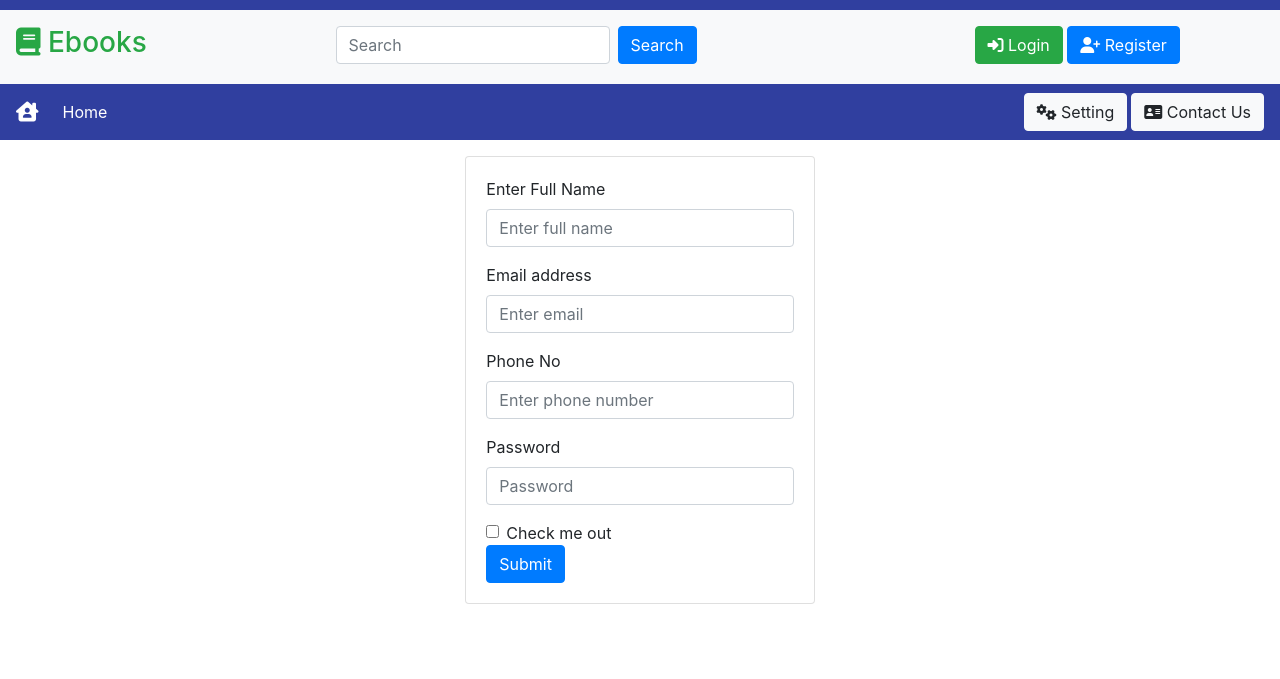
Repository: chittaranjan24/E-Books_Management_System
Page: http://localhost/Ebook-App/admin/add-books.jsp
The author's editor kept a copy of each file at every save. The page is drawn from the files as they stood at one save, then again after the next save.
The browser window is 1280 px wide. The pictures show the whole page.
Some web libraries are served in a nearby version. The page is served by Tomcat 9. Other server files are loaded and not shown.

Above is the page before, as saved 2023-08-26 18:27:17.

### Ebook-App/src/main/webapp/admin/add-books.jsp
<%@ page language="java" contentType="text/html; charset=ISO-8859-1"
	pageEncoding="ISO-8859-1"%>
<!DOCTYPE html>
<html>
<head>
<meta charset="ISO-8859-1">
<title>Admin: Add Books</title>
<%@include file="allCss.jsp"%>
</head>
<body>
	<%@include file="navbar.jsp"%>

	<div class="container p-3">
		<div class="row">
			<div class="col-md-4  offset-md-4">
				<div class="card">
					<div class="card-body">

						<form action="register" method="post">

							<div class="form-group">
								<label for="exampleInputEmail1">Enter Full Name</label> <input
									type="text" class="form-control" id="exampleInputEmail1"
									aria-describedby="emailHelp" placeholder="Enter full name"
									required="required" name="fname">
							</div>

							<div class="form-group">
								<label for="exampleInputEmail1">Email address</label> <input
									type="email" class="form-control" id="exampleInputEmail1"
									aria-describedby="emailHelp" placeholder="Enter email"
									required="required" name="email">
							</div>

							<div class="form-group">
								<label for="exampleInputEmail1">Phone No</label> <input
									type="number" class="form-control" id="exampleInputEmail1"
									aria-describedby="emailHelp" placeholder="Enter phone number"
									required="required" name="phno">
							</div>

							<div class="form-group">
								<label for="exampleInputPassword1">Password</label> <input
									type="password" class="form-control" id="exampleInputPassword1"
									placeholder="Password" required="required" name="password">
							</div>
							<div class="form-check">
								<input type="checkbox" class="form-check-input" name="check"
									id="exampleCheck1"> <label class="form-check-label"
									for="exampleCheck1">Check me out</label>
							</div>
							<button type="submit" class="btn btn-primary">Submit</button>
						</form>

					</div>
				</div>
			</div>
		</div>
	</div>

</body>
</html>

### Ebook-App/src/main/webapp/admin/allCss.jsp
<link rel="stylesheet"
	href="https://cdn.jsdelivr.net/npm/bootstrap@4.0.0/dist/css/bootstrap.min.css"
	integrity="sha384-Gn5384xqQ1aoWXA+058RXPxPg6fy4IWvTNh0E263XmFcJlSAwiGgFAW/dAiS6JXm"
	crossorigin="anonymous">


<script src="https://code.jquery.com/jquery-3.2.1.slim.min.js"
	integrity="sha384-KJ3o2DKtIkvYIK3UENzmM7KCkRr/rE9/Qpg6aAZGJwFDMVNA/GpGFF93hXpG5KkN"
	crossorigin="anonymous"></script>
<script
	src="https://cdn.jsdelivr.net/npm/popper.js@1.12.9/dist/umd/popper.min.js"
	integrity="sha384-ApNbgh9B+Y1QKtv3Rn7W3mgPxhU9K/ScQsAP7hUibX39j7fakFPskvXusvfa0b4Q"
	crossorigin="anonymous"></script>
<script
	src="https://cdn.jsdelivr.net/npm/bootstrap@4.0.0/dist/js/bootstrap.min.js"
	integrity="sha384-JZR6Spejh4U02d8jOt6vLEHfe/JQGiRRSQQxSfFWpi1MquVdAyjUar5+76PVCmYl"
	crossorigin="anonymous"></script>


<link rel="stylesheet"
	href="https://cdnjs.cloudflare.com/ajax/libs/font-awesome/6.4.2/css/all.min.css"
	integrity="sha512-z3gLpd7yknf1YoNbCzqRKc4qyor8gaKU1qmn+CShxbuBusANI9QpRohGBreCFkKxLhei6S9CQXFEbbKuqLg0DA=="
	crossorigin="anonymous" referrerpolicy="no-referrer" />


<link rel="stylesheet" href="style.css">

### Ebook-App/src/main/webapp/admin/navbar.jsp

<div class="container-fluid"
	style="height: 10px; background-color: #303f9f"></div>

<div class="container-fluid p-3 bg-light">
	<div class="row">
		<div class="col-md-3 text-success">
			<h3>
				<i class="fa-solid fa-book"></i> Ebooks
			</h3>
		</div>
		<div class="col-md-6">
			<form class="form-inline my-2 my-lg-0">
				<input class="form-control mr-sm-2" type="search"
					placeholder="Search" aria-label="Search">
				<button class="btn btn-primary my-2 my-sm-0" type="submit">Search</button>
			</form>
		</div>

		<div class="col-md-3">
			<a href="login.jsp" class="btn btn-success"><i
				class="fa-solid fa-right-to-bracket"></i> Login</a> <a
				href="register.jsp" class="btn btn-primary text-white"><i
				class="fa-solid fa-user-plus"></i> Register</a>
		</div>

	</div>
</div>


<nav class="navbar navbar-expand-lg navbar-dark bg-custom">
	<a class="navbar-brand" href="#"> <i
		class="fa-solid fa-house-chimney-user"></i>
	</a>
	<button class="navbar-toggler" type="button" data-toggle="collapse"
		data-target="#navbarSupportedContent"
		aria-controls="navbarSupportedContent" aria-expanded="false"
		aria-label="Toggle navigation">
		<span class="navbar-toggler-icon"></span>
	</button>

	<div class="collapse navbar-collapse" id="navbarSupportedContent">
		<ul class="navbar-nav mr-auto">
			<li class="nav-item active"><a class="nav-link" href="#">Home
					<span class="sr-only">(current)</span>
			</a></li>

		</ul>
		<form class="form-inline my-2 my-lg-0">

			<button class="btn btn-light my-2 my-sm-0" type="submit">
				<i class="fa-solid fa-gears"></i> Setting
			</button>
			<button class="btn btn-light my-2 my-sm-0 ml-1" type="submit">
				<i class="fa-solid fa-address-card"></i> Contact Us
			</button>

		</form>
	</div>
</nav>

### Ebook-App/src/main/webapp/admin/style.css
.bg-custom{
	background-color: #303f9f;
}

.navbar .nav-item:hover .nav-link {
	background-color: white;
	color: #303f9f;
	border-radius: 15px;
}

After the next save:
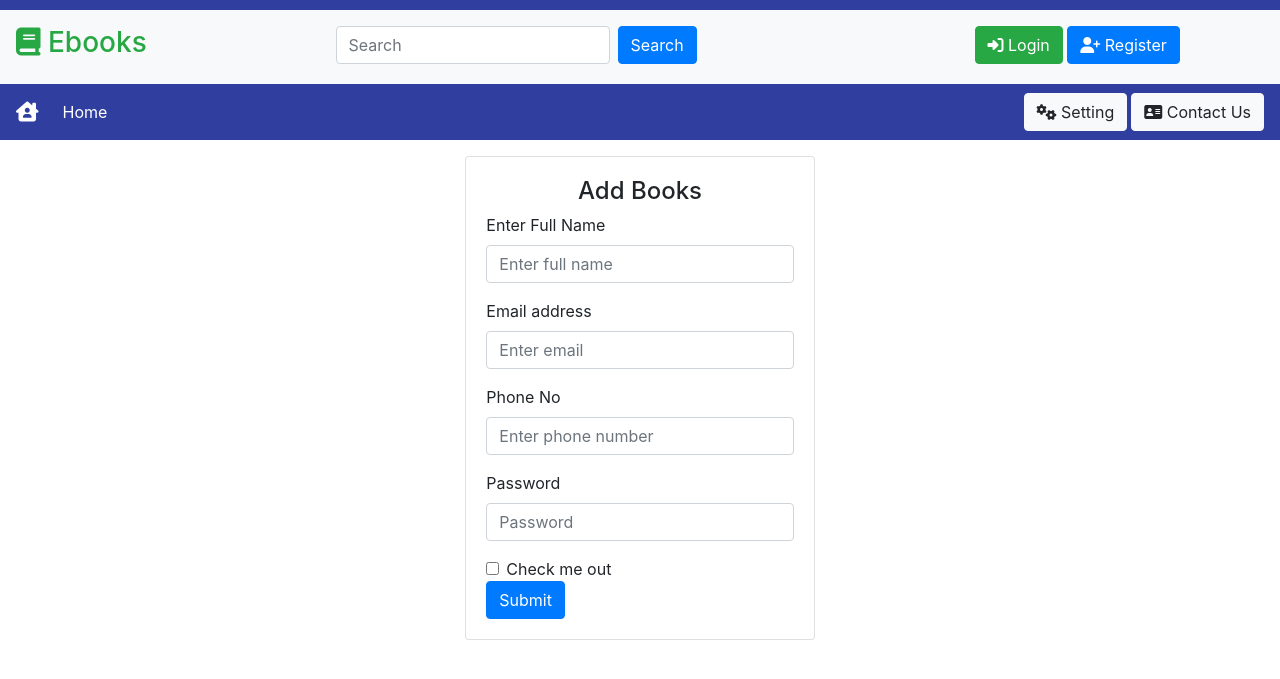
Saved 68 s later.
--- a/Ebook-App/src/main/webapp/admin/add-books.jsp
+++ b/Ebook-App/src/main/webapp/admin/add-books.jsp
@@ -15,6 +15,8 @@
 			<div class="col-md-4  offset-md-4">
 				<div class="card">
 					<div class="card-body">
+
+					<h4 class="text-center">Add Books</h4>
 
 						<form action="register" method="post">
 
